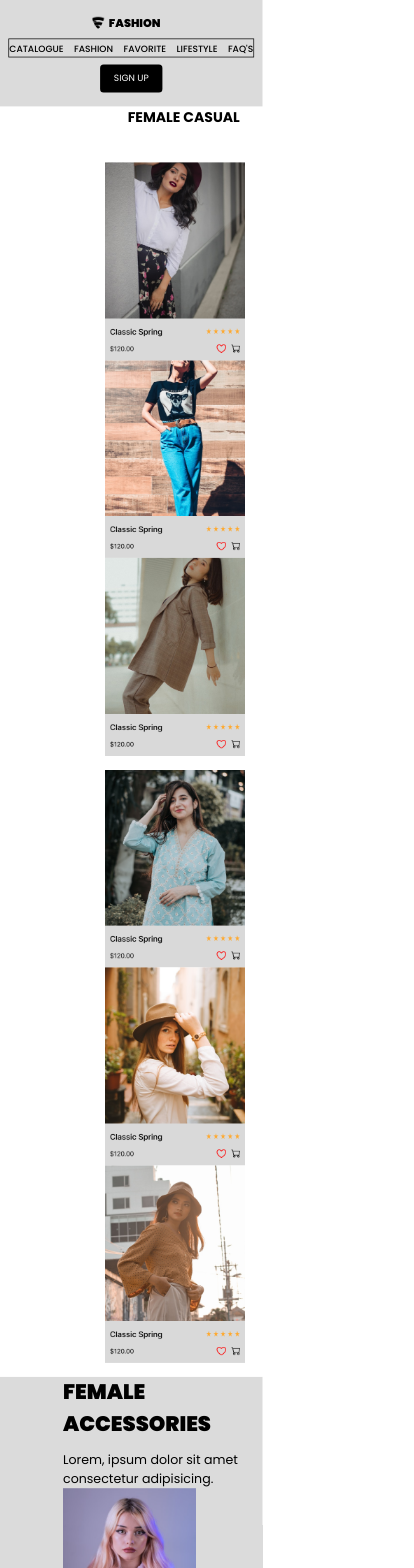
Repository: isaacCodes1/My-Project
Page: lifestyle.html
These files come from the project's save history. The page is drawn as it stood at one moment and after the next save; the edit follows.
The browser window is 375 px wide. The page is 375 px wide, then 591 px, so the pictures cover 591 px, including what lies to the right of the window. The pictures show the part of the page from y = 0 to 2240 px (the page is 3854 px tall before and 3774 px after), at 70% of full size.

Above is the page before, as saved 2024-03-21 18:29:29.

### lifestyle.html
<!DOCTYPE html>
<html lang="en">
  <head>
    <meta charset="UTF-8" />
    <meta name="viewport" content="width=device-width, initial-scale=1.0" />
    <link rel="stylesheet" href="style.css" />
    <link rel="stylesheet" href="Media query.css" />
    <title>Lifestyle Page</title>
  </head>
  <body>
    <main>
      <header>
        <nav>
          <!--------- NavItems ------->
          <div class="image">
            <a href="index.html"
              ><img src="/Assets/Pics/Vector (3).png" />FASHION</a
            >
          </div>
          <div class="navItems">
            <ul>
              <li><a href="catalogue.html">CATALOGUE</a></li>
              <li><a href="fashion.html">FASHION</a></li>
              <li><a href="favourite.html">FAVORITE</a></li>
              <li>
                <a style="color: #000" href="lifestyle.html">LIFESTYLE</a>
              </li>
              <li><a href="FAQ.html">FAQ'S</a></li>
            </ul>
            <a href="form.html"><button>SIGN UP</button></a>
          </div>
        </nav>
      </header>
    </main>
    <section class="faetured">
      <div class="featuredTxt">
        <h1>FEMALE CASUAL</h1>
      </div>
      <div class="featuredImg">
        <img src="/Assets/Group 307.png" alt="" />
        <img src="/Assets/Group 308.png" alt="" />
        <img src="/Assets/Group 309.png " alt="" />
      </div>
    </section>
    <section class="faetured">
      <div class="featuredImg">
        <img src="/Assets/Group 310.png" alt="" />
        <img src="/Assets/Group 311.png" alt="" />
        <img src="/Assets/Group 312.png" alt="" />
      </div>
    </section>
    <section class="foot">
        <div class="genFoot">
          <div class="footTxt">
            <h1>FEMALE ACCESSORIES</h1>
            <p>Lorem, ipsum dolor sit amet consectetur adipisicing.</p>
          </div>
          <div class="footImg">
            <img src="/Assets/Purple girl.png" alt="" />
            <img src="/Assets/tools.png" alt="" />
            <img src="/Assets/Classy.png" alt="" />
            <img src="/Assets/Paint brush.png" alt="" />
            <img src="/Assets/Head.png" alt="" />
            <img src="/Assets/Heels.png" alt="" />
          </div>
        </div>
      </section>
  </body>
</html>

### style.css
@import url("https://fonts.googleapis.com/css2?family=Poppins:ital,wght@0,100;0,200;0,300;0,400;0,500;0,600;0,700;0,800;0,900;1,100;1,200;1,300;1,400;1,500;1,600;1,700;1,800;1,900&display=swap");
* {
  margin: 0;
  padding: 0;
  box-sizing: border-box;
  font-family: "Poppins", sans-serif;
}
nav {
  display: flex;
  align-items: center;
  justify-content: space-between;
  width: 100%;
  padding: 20px 40px;
}

.image a {
  display: flex;
  align-items: center;
  gap: 6px;
  text-decoration: none;
  color: #000;
  font-size: 16px;
  font-weight: 900;
}
.image a img {
  width: 16%;
}
.navItems {
  display: flex;
  gap: 30px;
  align-items: center;
}
.navItems ul {
  display: flex;
  gap: 30px;
  list-style: none;
}
.navItems ul li a {
  text-decoration: none;
  color: #000;
  font-size: 16px;
  font-weight: 500;
}
.navItems ul li a:hover {
  transform: scale(1.05);
  color: #ebd96b;
  font-style: italic;
  border: 1px solid #000;
  transition: 1s ease-in-out;
}
.navItems button {
  border: 0;
  background: #000;
  padding: 10px 20px;
  color: #fff;
  border-radius: 5px;
  font-size: 13px;
}
.navItems button:hover {
  transform: scale(1.05);
  transition: 1s ease-in-out;
  color: #000;
  background: rgb(137, 136, 136);
}
.welcome {
  font-size: 30px;
  font-weight: 900;
  font-style: oblique;
}
.firstPageCont {
  padding: 20px 40px;
}
.FirstPage {
  display: flex;
  flex: 1;
  width: 100%;
  height: 90vh;
  padding: 40px 10px 0px 10px;
  border-radius: 30px;
  background: #f4f6f5;
}
.txtCont {
  display: flex;
  flex: 0.5;
  flex-direction: column;
  gap: 10px;
  padding-left: 40px;
}

.txtCont h1 {
  font-size: 64px;
  font-weight: 900;
  width: 50%;
  line-height: 75px;
}

.txtCont p {
  font-size: 20px;
}
.txtBtn {
  display: flex;
  align-items: center;
  width: 80%;
  margin-top: 10px;
  gap: 10px;
}
.btns {
  border: 0;
  background: #000;
  padding: 10px 20px;
  color: #fff;
  border-radius: 5px;
  font-size: 19px;
}
.btns:hover {
  transform: scale(1.05);
  transition: 1s ease-in-out;
  color: #000;
  background: rgb(137, 136, 136);
}
.txtBtn img {
  width: 100px;
}
.imgCont {
  flex: 0.5;
  display: flex;
  position: relative;
}
.star1 {
  position: absolute;
  top: 5px;
  left: 10px;
}
.star1 img {
  width: 30px;
}
.star2 {
  position: absolute;
  top: 20px;
  left: 450px;
}
.star2 img {
  width: 30px;
}
.star3 {
  position: absolute;
  bottom: 10px;
  left: 70px;
}
.star3 img {
  width: 30px;
}
.star4 {
  position: absolute;
  bottom: 20px;
  left: 400px;
}
.star4 img {
  width: 30px;
}
.spn1 {
  display: flex;
  align-items: center;
  background-image: url(/Assets/Pics/rectangle1.png);
  background-size: cover;
  background-repeat: no-repeat;
  width: 100%;
  padding-left: 20px;
}
.spn2 {
  background-image: url(/Assets/Pics/Rectangle2.png);
  background-size: cover;
  background-repeat: no-repeat;
  padding-right: 50px;
  padding-left: 20px;
}
/* next Page */
.firstPageFooter {
  background: #ebd96b;
  padding: 20px 10px;
  display: flex;
  align-items: center;
  justify-content: center;
}
.logoCont {
  display: flex;
  justify-content: center;
  gap: 100px;
}
.logoCont img {
  width: 7%;
}
.nextPageCont {
  margin-top: 20px;
  padding: 20px 40px;
  display: flex;
  flex-direction: column;
  gap: 55px;
  margin-bottom: 50px;
}
.nextPageText {
  position: relative;
}
.nextPageText h1 {
  font-size: 38px;
  letter-spacing: 1px;
  font-weight: 900;
}
.nextPageText img {
  position: absolute;
  bottom: 5px;
  left: 200px;
  width: 10%;
  z-index: -1;
}
.prettyImages {
  display: flex;
  gap: 35px;
}

.prettyImg img {
  width: 100%;
}
.payDay {
  background: linear-gradient(
    1.32deg,
    #e0c340 0.13%,
    #dfc23e 3.97%,
    #e1c441 7.2%,
    #e3c743 10.13%,
    #e4c542 12.98%,
    #e6c744 15.99%,
    #e7c845 19.52%,
    #e5c643 23.96%,
    #e6c945 30.43%,
    #e3c743 36.49%,
    #e9ca48 42.49%,
    #edce49 49.35%,
    #f0d44c 55.42%,
    #f4d84f 61.43%,
    #f6da52 65.74%,
    #f7db53 72.23%,
    #f9dd55 77.43%,
    #f9df56 83.84%,
    #fae157 91.52%,
    #f9df56 97.87%
  );
}
.yellowTxt {
  flex-direction: column;
  margin-bottom: 10px;
}
.yellowTxt h1 {
  font-size: 65px;
  font-weight: 900;
}
.yellowTxt p {
  font-size: 22px;
  font-weight: 500;
}

.yellowImg img {
  flex: 0.5;
  display: flex;
  width: 600px;
  position: relative;
}

.genDiv {
  display: flex;
  align-items: center;
}
.btn1 {
  border: 0;
  background: #000;
  padding: 15px 25px;
  color: #fff;
  border-radius: 5px;
  font-size: 18px;
  font-weight: 500;
}
.btn:hover {
  transform: scale(1.05);
  transition: 1s ease-in-out;
  color: #000;
  background: rgb(137, 136, 136);
}
.spn3 {
  display: flex;
  background-image: url(/Assets/rectangle1.png);
  background-size: cover;
  background-repeat: no-repeat;
  width: 300px;
}
.nxtSect {
  margin-top: 20px;
  padding: 20px 40px;
  display: flex;
  flex-direction: column;
  gap: 50px;
  margin-bottom: 50px;
}
.Images2 {
  display: flex;
}
.prettyImg2 {
  position: relative;
}
.prettyImg2 img {
  width: 70;
  height: 500px;
  margin-left: 70px;
}
.nextPageCont2 {
  margin-top: 20px;
  padding: 20px 40px;
  display: flex;
  gap: 50px;
  margin-bottom: 50px;
  display: flex;
  justify-content: space-between;
  align-items: center;
}
.nextPageText2 {
  display: flex;
  flex-direction: column;
  margin-left: 50px;
}
.nextPageText2 p {
  margin-bottom: 30px;
  color: #898a89;
}
.nextPageText2 h1 {
  font-size: 30px;
  letter-spacing: 1px;
  font-weight: 900;
}
.nextPageText2 img {
  width: 30%;
  cursor: pointer;
  display: flex;
}
.store {
  display: flex;
  justify-content: space-between;
}
.store a img {
  width: 140px;
  gap: 50px;
}
.circle1 {
  position: absolute;
  right: 350px;
  bottom: 500px;
}
.circle1 img {
  width: 15px;
  height: 15px;
  display: flex;
}
.circley {
  position: absolute;
  right: 0;
  bottom: 470px;
}
.circley img {
  width: 30px;
  height: 30px;
}
.circleye {
  position: absolute;
  right: 400px;
  bottom: 60px;
}
.circleye img {
  width: 17px;
  height: 17px;
}
.circle2 {
  position: absolute;
  right: 0;
  bottom: 100px;
}
.circle2 img {
  width: 10px;
  height: 10px;
}
.elipses {
  position: absolute;
}
.bigC {
  position: absolute;
  right: -12px;
  bottom: 100px;
  z-index: -1;
}
.bigC img {
  width: 300px;
  height: 300px;
  background: transparent;
}

.largeC {
  position: absolute;
  right: -41px;
  bottom: 70px;
  z-index: -1;
}
.largeC img {
  width: 360px;
  height: 360px;
  /* background: transparent; */
}
.largeC1 {
  position: absolute;
  right: -70px;
  bottom: 50px;
  z-index: -1;
}
.largeC1 img {
  width: 420px;
  height: 400px;
}
.footerDiv {
  background: #e5c643;
  padding-bottom: 170px;
}
.h1footer {
  color: #fff;
  text-align: center;
  padding-top: 50px;
  font-size: 30px;
  font-weight: 1000;
}
.pFooter {
  display: flex;
  flex-direction: column;
  justify-content: center;
  align-items: center;
  text-align: center;
  color: #fff;
  font-size: 30px;
}

.input {
  background: #fff;
  width: 40%;
  padding: 5px 0px;
  border-radius: 10px;
}
.input input {
  background: none;
  border: 0;
  padding: 13px 0px 13px 0px;
  width: 76%;
  font-size: 17px;
  outline: 0;
}
.input a {
  font-size: 20px;
  text-decoration: 0;
  color: #fff;
  background: #000;
  padding: 10px 30px;
  border-radius: 5px;
}
.input a:hover {
  transform: scale(1.05);
  transition: 1s ease-in-out;
  color: #000;
  background: rgb(137, 136, 136);
}
.alert {
  border: 1px solid;
  text-decoration: none;
  font-size: 15px;
  background: blue;
  color: #fff;
  border-top-left-radius: 15px;
}
.alert:hover {
  background: black;
  color: #fff;
  border-top-left-radius: 5px;
  transition: 1s ease-in-out;
}
.footDiv {
  display: flex;
  background: #000;

  place-items: center;
  padding: 100px;
}

.footTxt {
  display: flex;
  flex-direction: column;
  gap: 15px;
}
.footTxt h1 {
  color: #fff;
  font-size: 30px;
  font-weight: 900;
}
.footTxt p {
  color: #777;
  font-size: 18px;
}
.socialIcons {
  display: flex;
  gap: 20px;
}

.icon {
  background: #ebd96b;
  width: 30px;
  display: flex;
  align-items: center;
  justify-content: center;
  height: 30px;
  border-radius: 8px;
}
.icon img {
  display: flex;
  align-items: center;
  width: 40px;
  place-items: center;
}
.btn33 {
  background: #000;
  color: #fff;
  padding: 15px;
  border-radius: 7px;
  border: 1px;
  font-size: 16px;
  transition: 1s ease-in-out;
}
.btn33:hover {
  color: #000;
  background: #dbdbdb;
}
.links {
  margin-left: 150px;
  padding-right: 20px;
  margin-bottom: 50px;
}
.links1 a {
  color: #fff;
  font-size: 18px;
  text-decoration: none;
}
.links2 a {
  text-decoration: none;
  color: #777;
  font-size: 11px;
}
.links1 {
  display: flex;
  flex-direction: column;
  color: #fff;
  font-size: 18px;
  margin-top: 0px;
}
.links2 {
  color: #777;
  font-size: 11px;
  padding-top: 5px;
}
.faetured {
  margin-bottom: 20px;
}
.faetured1 {
  margin-bottom: 50px;
}
.featuredTxt h1 {
  font-size: 40px;
  margin-left: 150px;
  margin-bottom: 50px;
}
.featuredImg {
  margin-left: 150px;
}
.featuredImg img {
  margin-right: 10px;
}
.welcome1 {
  font-size: 18px;
  font-weight: bold;
  font-style: italic;
}
.bee {
  margin-bottom: 40px;
}
.beeGen {
  background: url(/Assets/Background.png);
  background-repeat: no-repeat;
  display: flex;
}
.beetxt {
  color: #fff;
  margin-top: 70px;
}
.beetxt h1 {
  font-size: 30px;
  text-align: center;
}
.beetxt p {
  text-align: center;
  font-size: 15px;
}
.bbtn {
  border: 1px #fff;
  padding: 1px;
  font-size: 14px;
  margin-left: 200px;
  background: rgba(58, 56, 56, 0.274);
  transition: 1s ease-in-out;
}
.bbtn:hover {
  color: #000;
  background: #fff;
  transform: scale(1.05);
}
.sign {
  text-decoration: none;
}
.button2 {
  background-color: white;
  color: black;
  border-radius: 10em;
  font-size: 17px;
  font-weight: 600;
  padding: 1em 2em;
  cursor: pointer;
  transition: all 0.3s ease-in-out;
  border: 1px solid black;
  box-shadow: 0 0 0 0 black;
}

.button2:hover {
  transform: translateY(-4px) translateX(-2px);
  box-shadow: 2px 5px 0 0 black;
}

.button2:active {
  transform: translateY(2px) translateX(1px);
  box-shadow: 0 0 0 0 black;
}
.genFoot {
  background: #dbdbdb;
  padding-left: 90px;
}
.footTxt h1 {
  color: #000;
}
.footTxt p {
  color: #000;
}

### Media query.css
@media (max-width: 488px) {
  nav {
    flex-direction: column;
    gap: 10px;
    background: #dbdbdb;
  }
  .navItems {
    flex-direction: column;
    gap: 10px;
    color: #fff;
  }
  .navItems ul {
    gap: 15px;
    color: #fff;
    border: 1px solid #000;
  }
  .navItems ul li a {
    font-size: 13px;
  }
  .welcome {
    font-size: 20px;
  }
  .firstPageCont {
    padding: 0px;
  }
  .FirstPage {
    flex-direction: column;
    height: auto;
    padding: 0px;
  }

  .txtCont h1 {
    font-size: 50px;
    width: 100%;
  }
  .txtCont p {
    font-size: 15px;
  }
  .btns {
    font-size: 12px;
    margin-bottom: 20px;
  }
  .imgCont {
    flex-direction: column;
    width: 100%;
    display: none;
  }
  .spn1 {
    display: flex;
    align-items: center;
    background-image: url(/Assets/Pics/rectangle1.png);
    background-size: cover;
    background-repeat: no-repeat;
    width: 60%;
  }
  .spn2 {
    background-image: url(/Assets/Pics/Rectangle2.png);
    background-size: cover;
    background-repeat: no-repeat;
  }
  .logoCont {
    display: flex;
    justify-content: center;
    gap: 20px;
  }
  .logoCont img {
    width: 10%;
  }
  .prettyImages {
    display: flex;
    flex-direction: column;
  }
  .nextPageText img {
    position: absolute;
    bottom: 10px;
    left: 120px;
    width: 30%;
    z-index: -1;
  }
  .cardsContainer {
    display: flex;
    flex-direction: column;
    gap: 20px;
  }
  .genDiv {
    display: flex;
    flex-direction: column;
  }
  .yellowImg img {
    width: 100%;
  }
  .yellowTxt h1 {
    font-size: 40px;
  }
  .spn3 {
    width: 200px;
  }
  .yellowTxt p {
    font-size: 15px;
  }
  .btn {
    font-size: 12px;
  }
  .nextPageCont2 {
    display: flex;
    flex-direction: column;
    margin-bottom: 10px;
  }
  .nextPageText2 {
    margin-left: 0;
  }
  .nextPageText2 h1 {
    font-size: 25px;
  }
  .prettyImg2 {
    display: none;
  }
  .footerDiv {
    margin-left: 0;
  }
  .h1footer {
    font-size: 11px;
    text-align: 20px;
  }
  .pFooter p {
    font-size: 10px;
    margin-bottom: 2 0px;
  }
  .input {
    width: 90%;
  }
  .input::placeholder {
    font-size: 12px;
  }
  .input a {
    font-size: 5px;
  }
  .footDiv {
    display: flex;
    flex-direction: column;
    align-items: center;
  }
  .links {
    margin-left: 5px;
  }
  .icon {
    margin-bottom: 20px;
  }
  .icon img {
    width: 30px;
  }
  .links1 a {
    font-size: 15px;
  }
  .faetured
  .featuredTxt h1 {
    font-size: 20px;
    text-align: center;
  }
  .featuredImg {
    display: flex;
    flex-direction: column;
    /* align-items: center; */
    /* justify-content: center; */
  }
  .featuredImg img {
    width: 200px;
  }
}

After the next save:
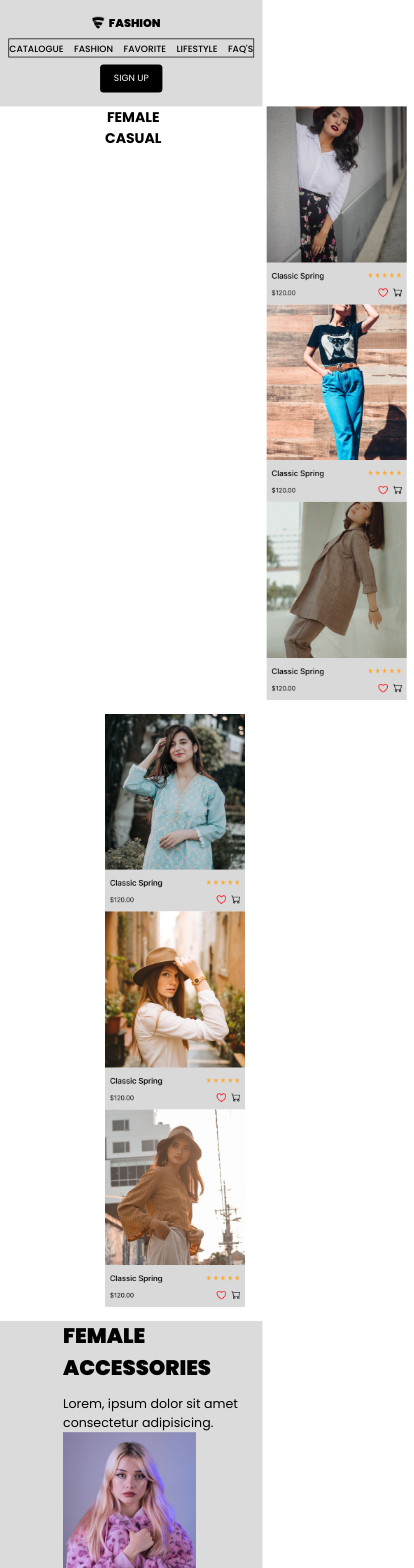
Saved 4 s later.
--- a/Media query.css
+++ b/Media query.css
@@ -152,7 +152,9 @@
   .links1 a {
     font-size: 15px;
   }
-  .faetured
+  .faetured {
+    display: flex;
+  }
   .featuredTxt h1 {
     font-size: 20px;
     text-align: center;
